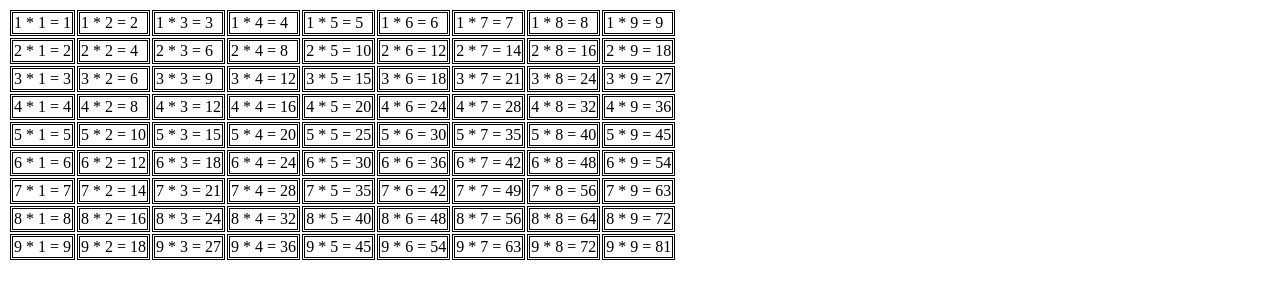
Repository: Jipumpkin/WebServer
Page: http://localhost/JSP2/googoo.jsp
An editor plug-in stored every save of this project. The page is shown before and after the next save, followed by the edit.
The browser window is 1280 px wide. The pictures show the whole page.
The page is served by Tomcat 9.

Above is the page before, as saved 2024-08-07 02:22:45.

After the next save:
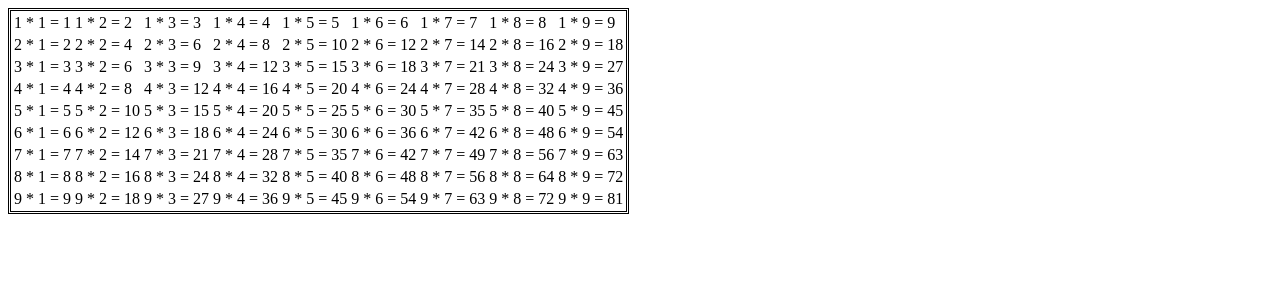
Saved 17 s later.
--- a/JSP2/src/main/webapp/googoo.jsp
+++ b/JSP2/src/main/webapp/googoo.jsp
@@ -6,7 +6,7 @@
 <meta charset="EUC-KR">
 <title>Insert title here</title>
 <style>
-	td {
+	table {
 		border:double;
 	}
 </style>

After the save that followed:
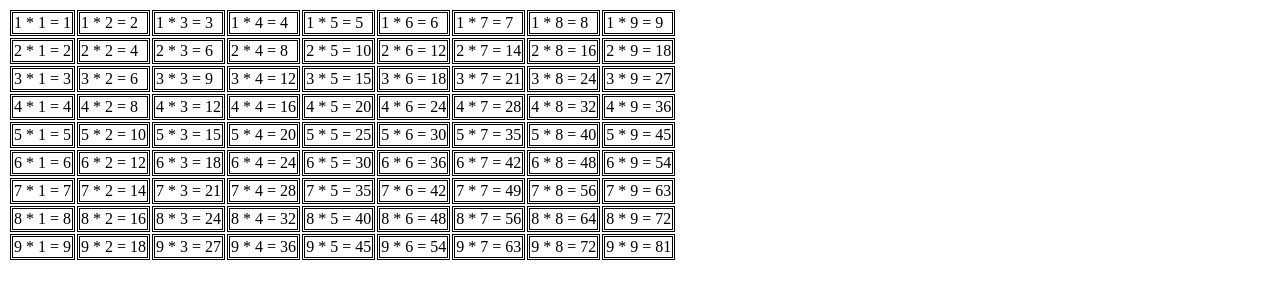
Saved 8 s later.
--- a/JSP2/src/main/webapp/googoo.jsp
+++ b/JSP2/src/main/webapp/googoo.jsp
@@ -6,7 +6,7 @@
 <meta charset="EUC-KR">
 <title>Insert title here</title>
 <style>
-	table {
+	td {
 		border:double;
 	}
 </style>
